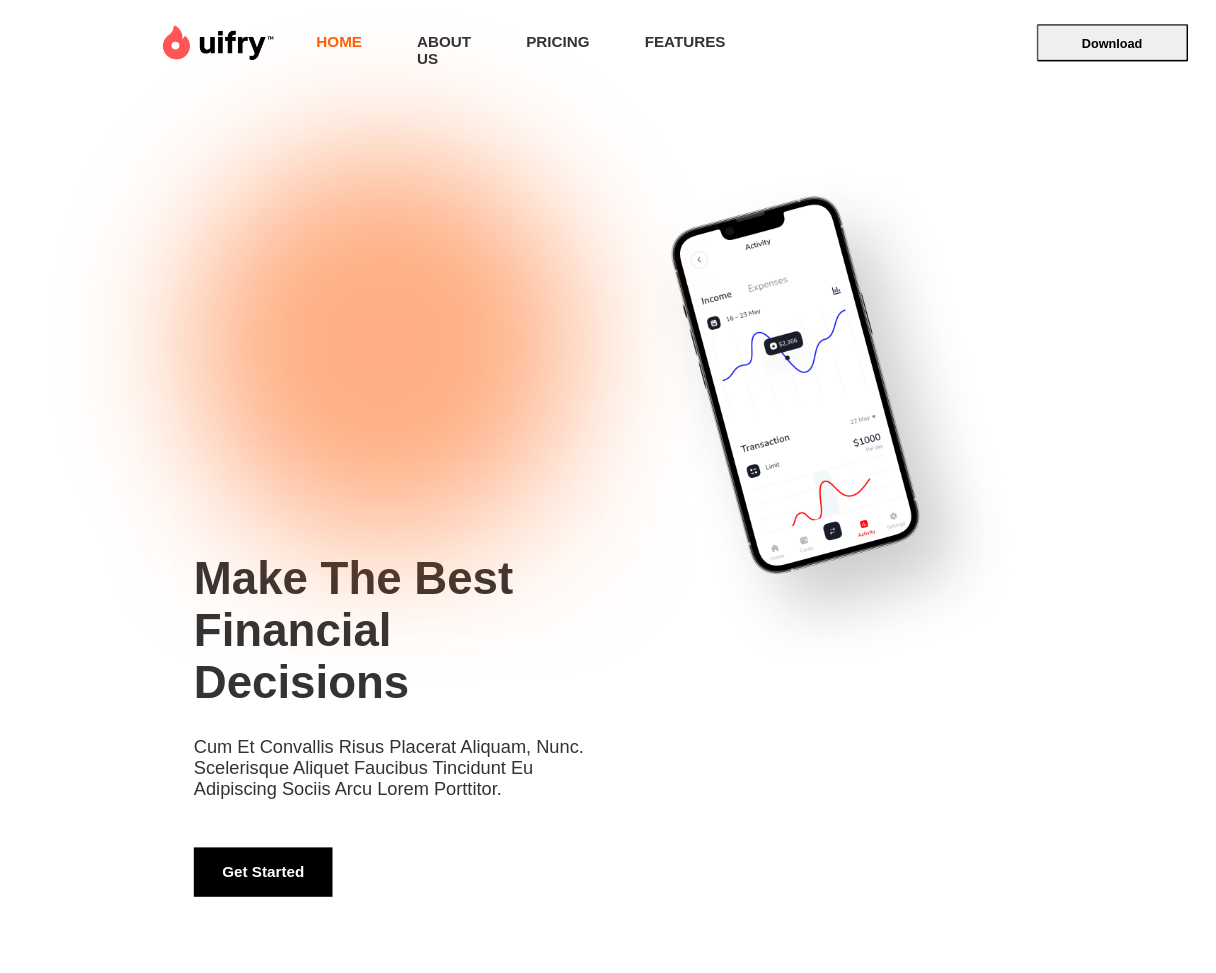
Repository: sakshambansal7/Uifry
Page: index.html
An editor plug-in stored every save of this project. The page is shown before and after the next save, followed by the edit.
The browser window is 1280 px wide. The pictures show the whole page, at 95% of full size.

Above is the page before, as saved 2024-06-12 15:13:47.

After the next save:
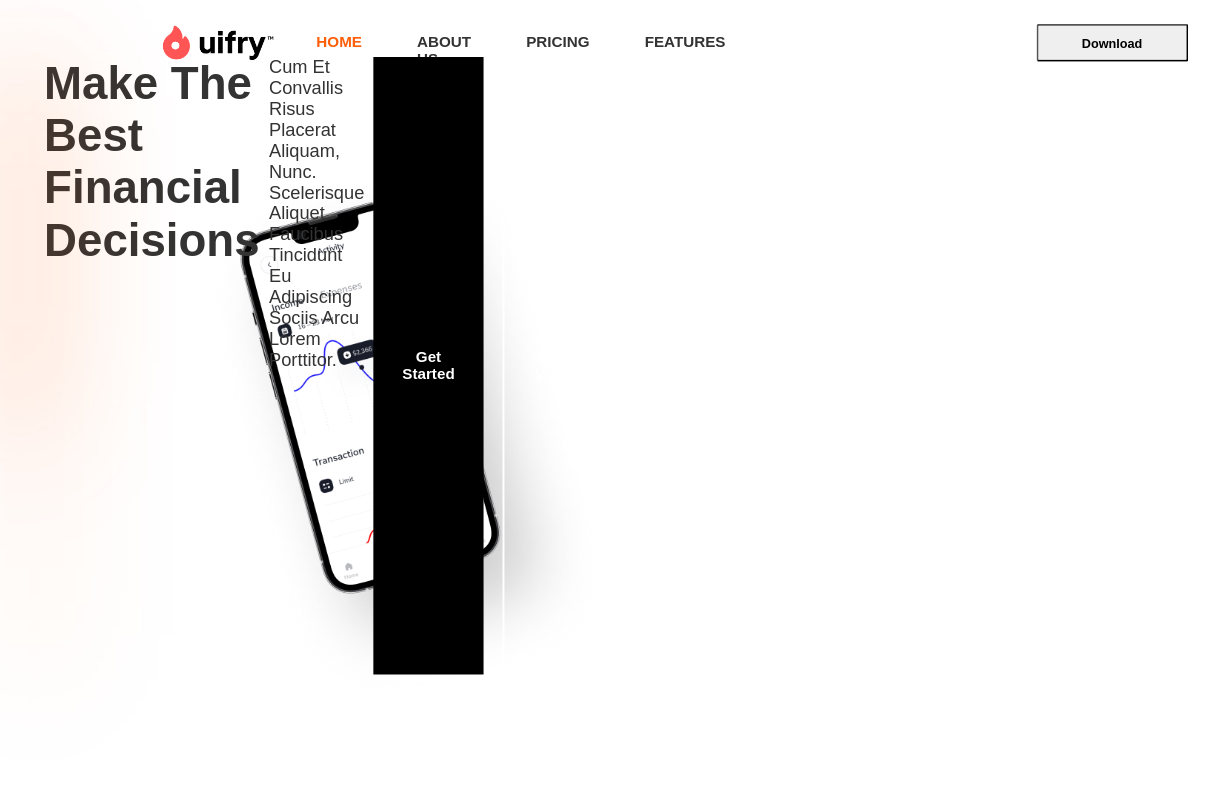
Saved 4 s later.
--- a/style.css
+++ b/style.css
@@ -121,14 +121,14 @@ nav a {
   width: 100%;
 }
 /* background-effect */
-/* .absolute{
+.absolute{
   position: absolute;
   top: 50px !important;
   inset: 0;
   justify-content: center;
   display: inline-flex;
   flex-direction: row;
-} */
+}
 
 .justify-center{
   justify-content: center;

After the save that followed:
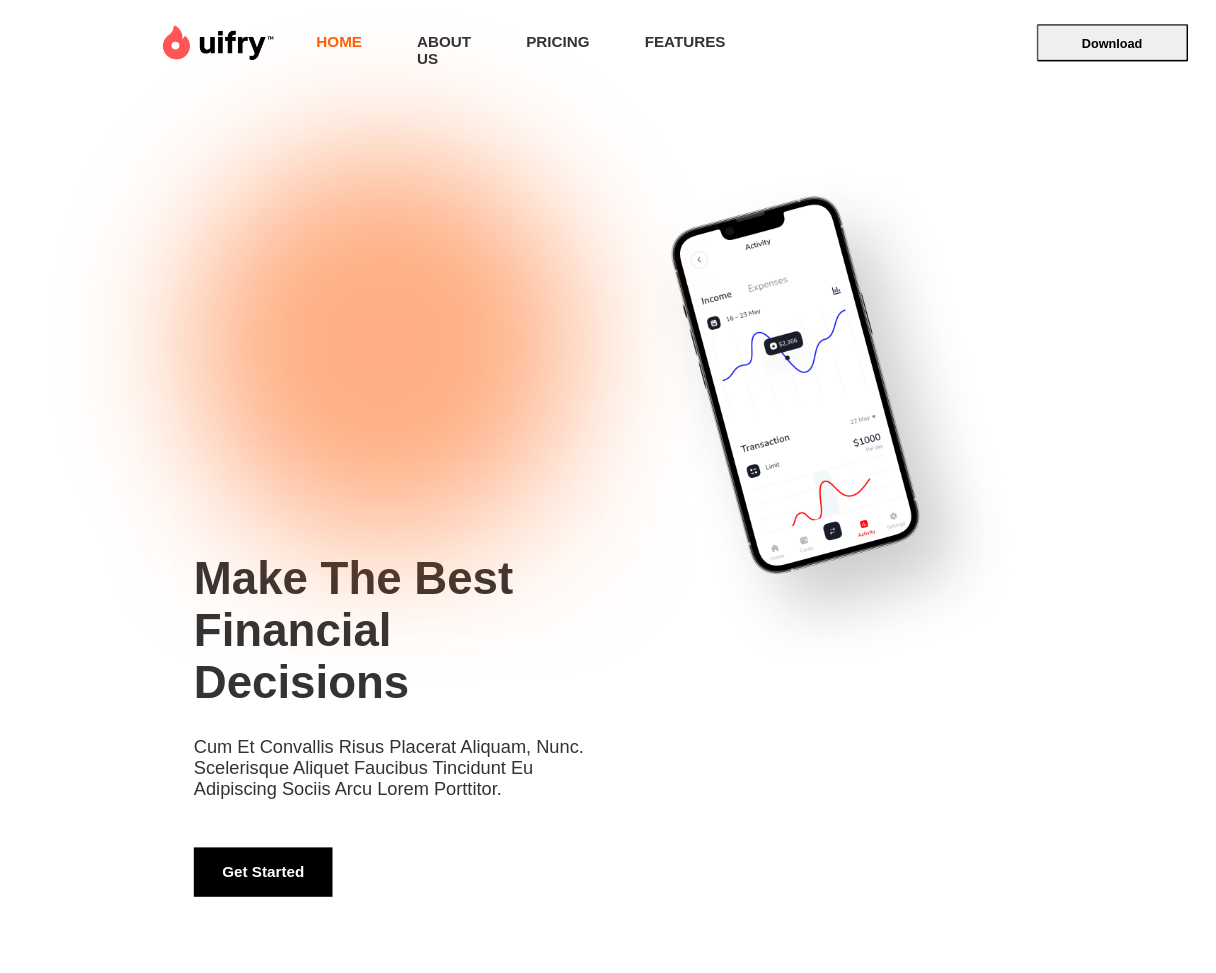
Saved 8 s later.
--- a/style.css
+++ b/style.css
@@ -121,14 +121,14 @@ nav a {
   width: 100%;
 }
 /* background-effect */
-.absolute{
+/* .absolute{
   position: absolute;
   top: 50px !important;
   inset: 0;
   justify-content: center;
   display: inline-flex;
   flex-direction: row;
-}
+} */
 
 .justify-center{
   justify-content: center;
